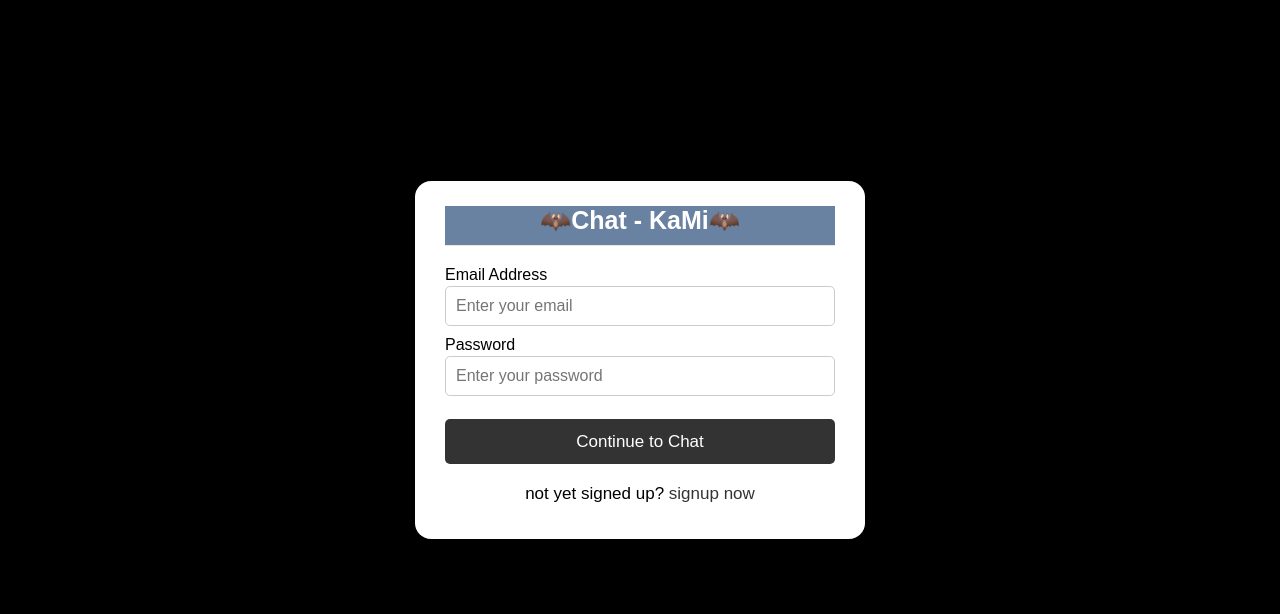
Repository: kananavy/CONQUER
Page: http://localhost/login.php
The author's editor kept a copy of each file at every save. The page is drawn from the files as they stood at one save, then again after the next save.
The browser window is 1280 px wide. The pictures show the whole page.
The page is run by PHP 8.4 with error messages shown; the project is at /var/www/html/.

Above is the page before, as saved 2023-01-21 00:18:51.

After the next save:
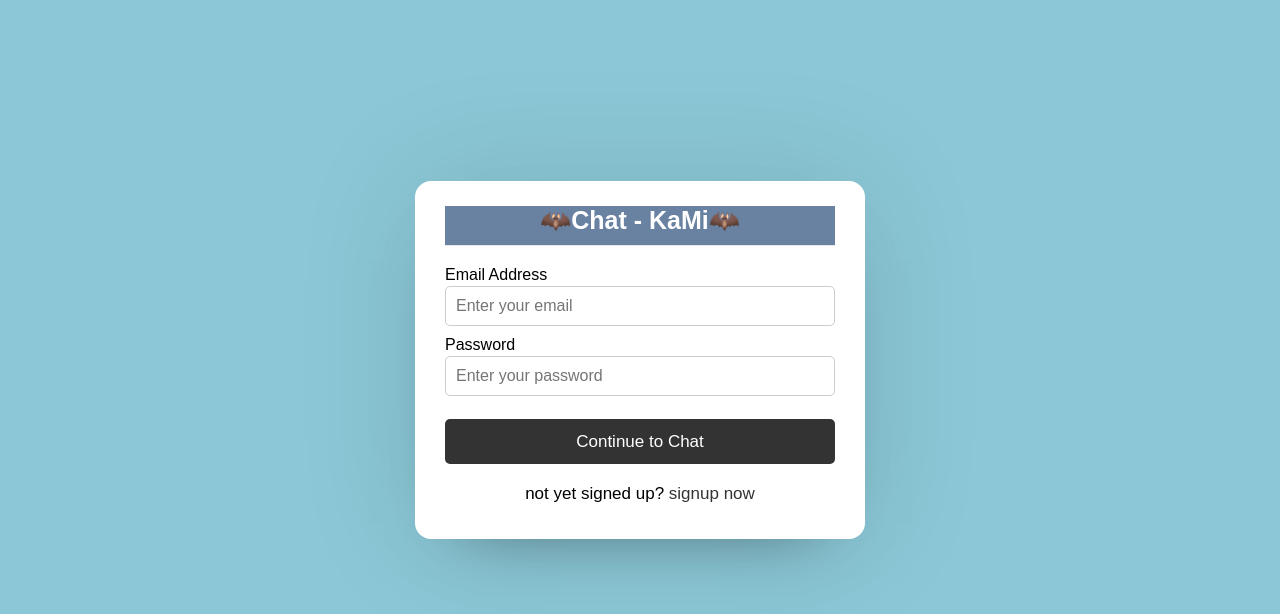
Saved 15 s later.
--- a/chat.css
+++ b/chat.css
@@ -10,7 +10,7 @@ body{
     align-items: center;
     justify-content: center;
     min-height: 100vh;
-    background-color: #000000;
+    background: #8bc7d6;
 }
 .wrapper{
     background: #fff;
